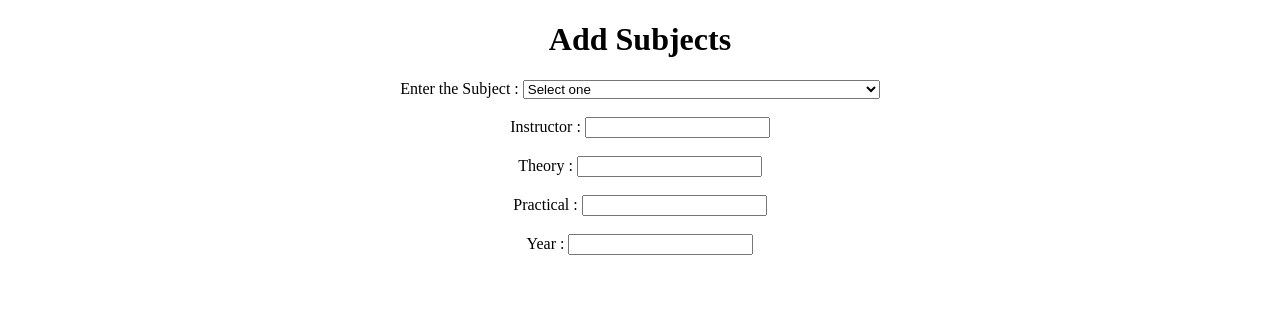
Repository: Gauravsh20/CollegeProject
Page: http://localhost/Clg_project/Add_Subjects.jsp
The author's editor kept a copy of each file at every save. The page is drawn from the files as they stood at one save, then again after a run of saves.
The browser window is 1280 px wide. The pictures show the whole page.
The page is served by Tomcat 9. Other server files are loaded and not shown.

Above is the page before, as saved 2022-10-25 07:19:00.

### Clg_project/src/main/webapp/Add_Subjects.jsp
<%@ taglib uri="http://java.sun.com/jsp/jstl/core" prefix="c" %>
<%@ page language="java" contentType="text/html; charset=ISO-8859-1"
    pageEncoding="ISO-8859-1"%>
<!DOCTYPE html>
<html>
<head>
<meta charset="ISO-8859-1">
<title>Insert title here</title>
<script src="https://code.jquery.com/jquery-3.5.1.min.js"></script>
</head>
<body>
<script>
    $(document) .ready(function() {
    	$("#subject").change(function(){
    	var values=$("#subject option:selected");
    	if(values.text()=="C#"){
    		$("#instructor").val("NIIT Instr");
    		$("#theory").val(84);
    		$("#practical").val(56);
        	}
    	if(values.text()=="PC Architecture"){
    		$("#instructor").val("Lt Col Pankaj Verma");
    		$("#theory").val(42);
    		$("#practical").val(14);
        	}
    	if(values.text()=="PC Hardware 1"){
    		$("#instructor").val("Lt Col Pankaj Verma");
    		$("#theory").val(90);
    		$("#practical").val(50);
        	}
    	if(values.text()=="PC Hardware 2"){
    		$("#instructor").val("Maj Abhishek Rai");
    		$("#theory").val(69);
    		$("#practical").val(41);
        	}
    	if(values.text()=="Microprocessor Interfacing devices & Embedded System"){
    		$("#instructor").val("Maj Dinesh Dahiya");
    		$("#theory").val(107);
    		$("#practical").val(93);
        	}
    	if(values.text()=="Operating System"){
    		$("#instructor").val("Lt Col KP Krishna Kumar");
    		$("#theory").val(80);
    		$("#practical").val(70);
        	}
    	if(values.text()=="Data Structures"){
    		$("#instructor").val("Lt Col Ajay Kacker");
    		$("#theory").val(60);
    		$("#practical").val(0);
        	}
    	if(values.text()=="SQL Server"){
    		$("#instructor").val("NIIT Instr");
    		$("#theory").val(60);
    		$("#practical").val(156);
        	}
    	});
    	});
</script>
<center>
<h1>Add Subjects</h1>

<form action="">
Enter the Subject :
<select id="subject" rname="subject" required="required">
<option value="" selected="selected">Select one</option>
<option  value = "PC Architecture">PC Architecture</option>
<option value = "PC Hardware 1">PC Hardware 1</option>
<option value = "PC Hardware 2">PC Hardware 2</option>
<option value = "Microprocessor Interfacing devices & Embedded System">Microprocessor Interfacing devices & Embedded System</option>
<option value = "C#">C#</option>
<option value = "Data Structures">Data Structures</option>
<option value = "Operating System">Operating System</option>
<option value = "SQL Server">SQL Server</option>
</select> <br/><br/>
Instructor :
<input type="txt" id="instructor" name="instructor"><br/><br/>
Theory :
<input type="number" id="theory" name="theory"><br/><br/>
Practical :
<input type="number" id="practical" name="practical"><br/><br/>
Year :
<input type="number" name="year"><br/><br/>
</form>
</center>
</body>
</html>

After the next 2 saves:
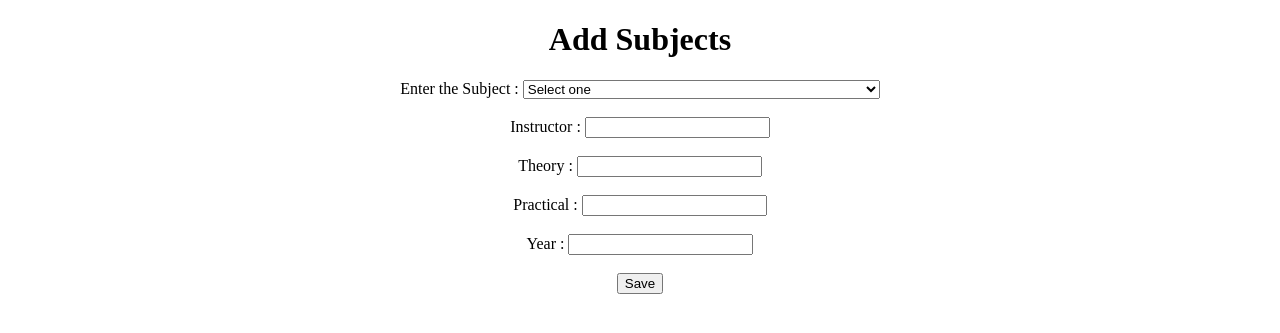
The 2 saves are shown as one change because they came seconds apart.
The last was saved 35 s later.
--- a/Clg_project/src/main/webapp/Add_Subjects.jsp
+++ b/Clg_project/src/main/webapp/Add_Subjects.jsp
@@ -80,6 +80,8 @@ Practical :
 <input type="number" id="practical" name="practical"><br/><br/>
 Year :
 <input type="number" name="year"><br/><br/>
+
+<input type="submit" value="Save"/>
 </form>
 </center>
 </body>
